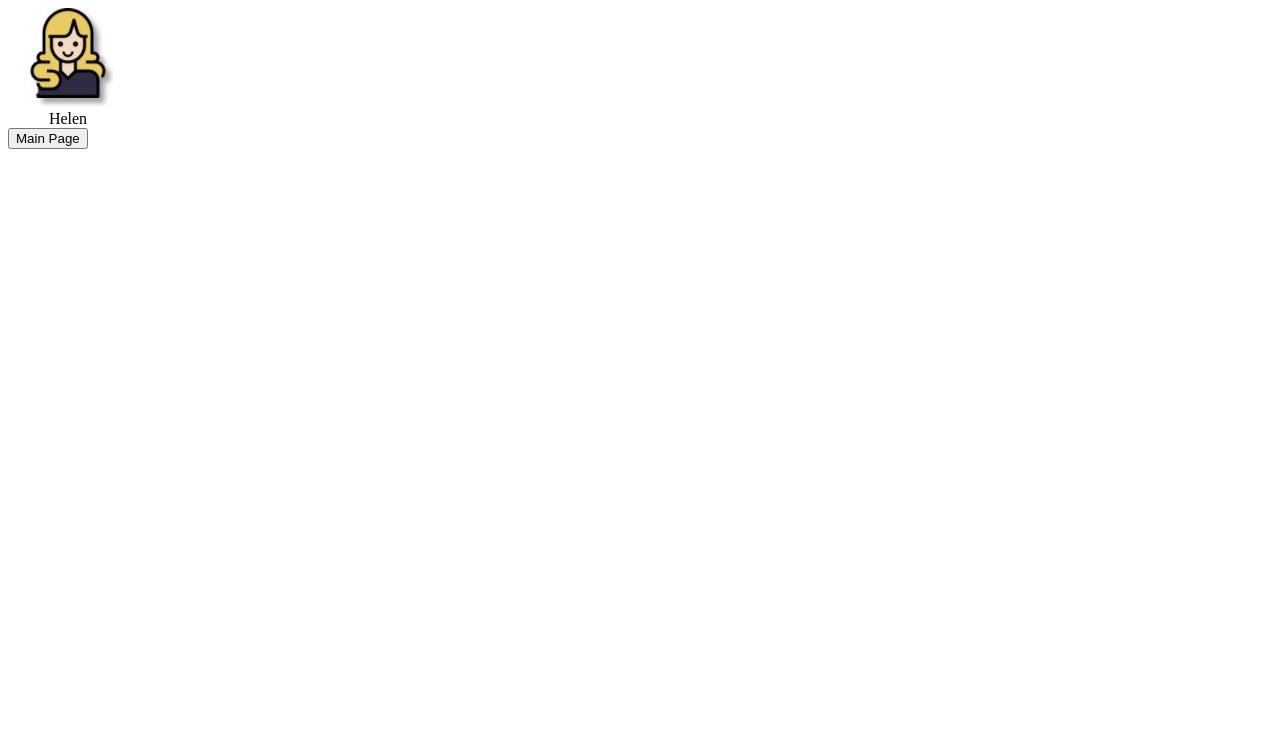
Repository: Team-Extrememe/Online-Study-Room
Page: profile.html
The author's editor kept a copy of each file at every save. The page is drawn from the files as they stood at one save, then again after the next save.
The browser window is 1280 px wide. The pictures show the whole page.

Above is the page before, as saved 2021-10-17 13:41:18.

### profile.html
<!DOCTYPE html>
<html lang="en">
<head>
    <meta charset="UTF-8">
    <meta http-equiv="X-UA-Compatible" content="IE=edge">
    <meta name="viewport" content="width=device-width, initial-scale=1.0">
    <link rel="stylesheet" href="css/profile.css">
    <title>My Profile</title>
</head>
<body>
    <div class="flex_container">
        <div class="flex_left">
            <div class="group">
                <img src="Images/profile_icon.JPG" alt="profile_icon">
                <span class="user_name">Helen</span>
            </div>
            <button class="main_button">Main Page</button>
        </div>
        <div class="flex_right">

        </div>
    </div>

</body>
</html>

### css/profile.css
.flex_container{
    display: flex;
    flex-direction: row;
}

.flex_left{
    width: 15%;
    height: 100vh;
}

.flex_right{
    width: 85%;
    height: 100vh;
}

.group{
    vertical-align: top;
    display: inline-block;
    text-align: center;
    width: 120px;
}

.user_name{
    display: block;
}

After the next save:
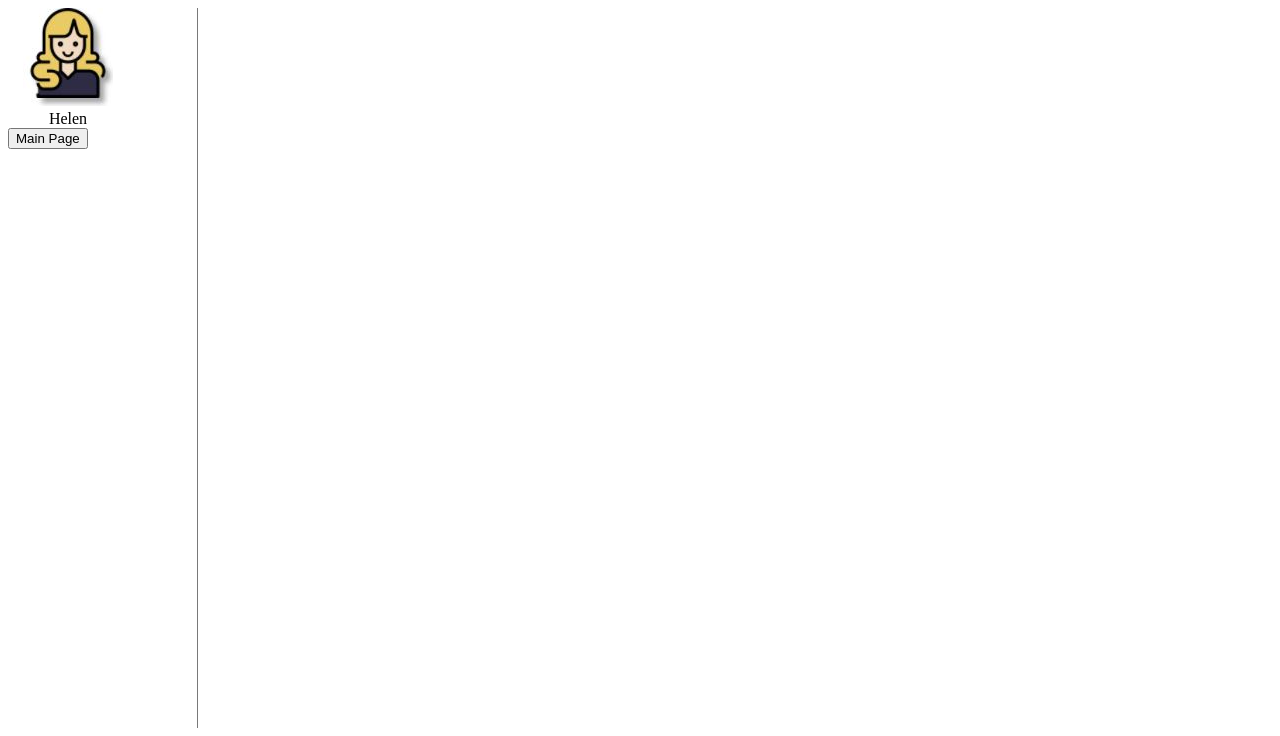
Saved 2 min 22 s later.
--- a/css/profile.css
+++ b/css/profile.css
@@ -6,6 +6,7 @@
 .flex_left{
     width: 15%;
     height: 100vh;
+    border-right: 1px solid rgb(121,121,121);
 }
 
 .flex_right{
